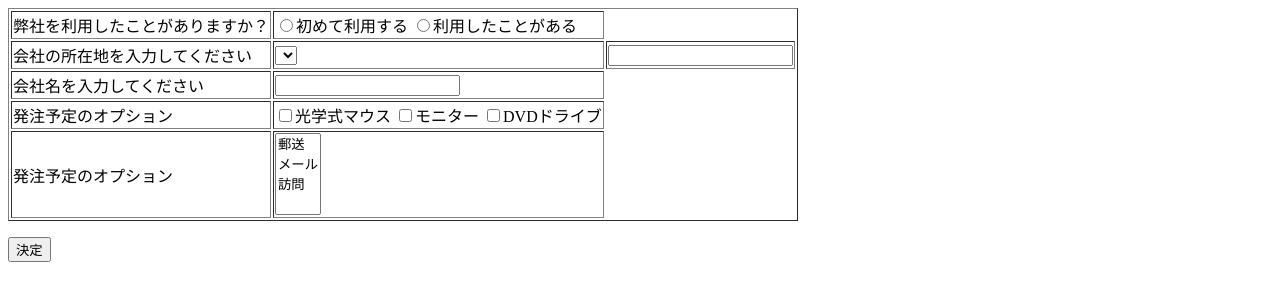
Repository: ict20215/ict
Page: http://localhost/test/jsp/Rei08_request.jsp
These files come from the project's save history. The page is drawn as it stood at one moment and after the next save; the edit follows.
The browser window is 1280 px wide. The pictures show the whole page.
The page is served by Tomcat 9.

Above is the page before, as saved 2021-10-20 05:39:48.

After the next save:
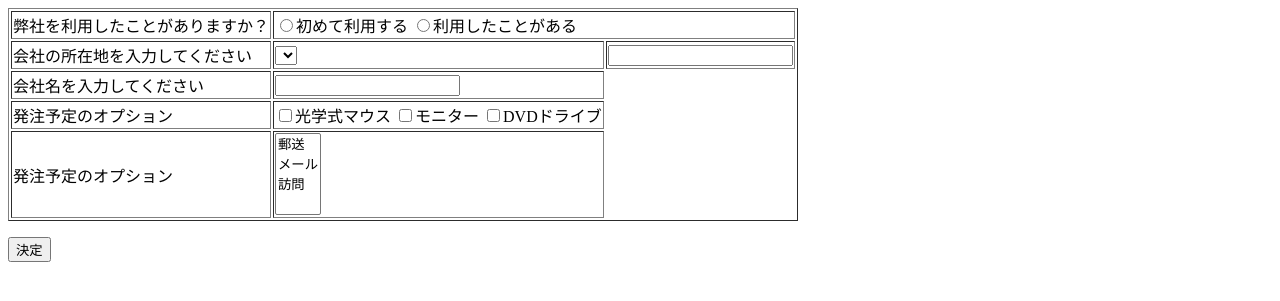
Saved 21 s later.
--- a/test/WebContent/jsp/Rei08_request.jsp
+++ b/test/WebContent/jsp/Rei08_request.jsp
@@ -12,7 +12,7 @@
 		<table border="1">
 			<tr>
 				<td>弊社を利用したことがありますか？</td>
-				<td><input type="radio" name="sei" value="初めて利用する">初めて利用する <input
+				<td colspan="2"><input type="radio" name="sei" value="初めて利用する">初めて利用する <input
 					type="radio" name="sei" value="利用したことがある">利用したことがある</td>
 			</tr>
 			<tr>
